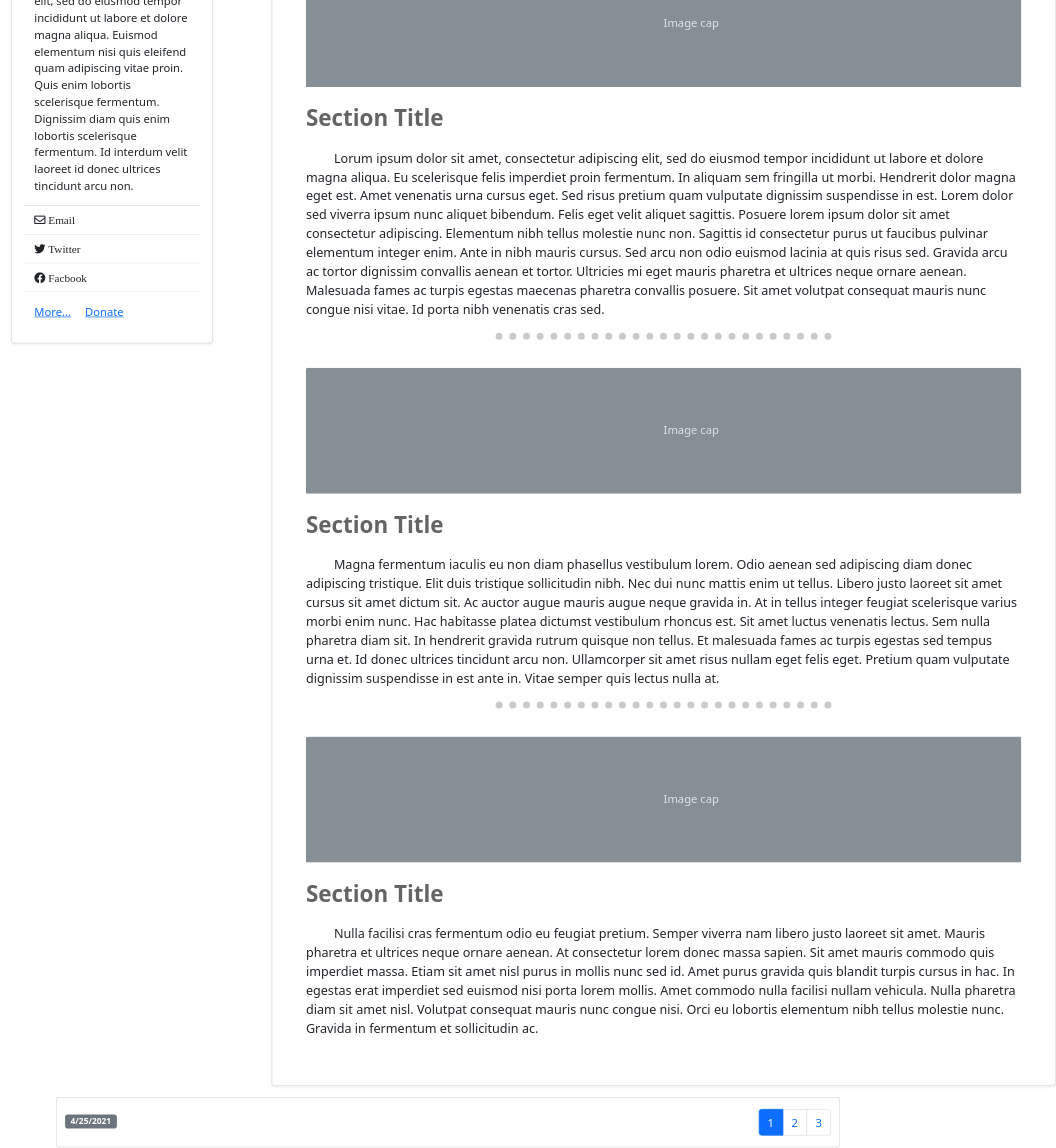
Repository: LublubXT/Azi-Tec-Team
Page: views/templates/blogs/personalblog/home.html
An editor plug-in stored every save of this project. The page is shown before and after a run of saves, followed by the edit.
The browser window is 1280 px wide. The page is 1508 px wide, so the pictures cover 1508 px, including what lies to the right of the window. The pictures show the part of the page from y = 1025 to 2665 px (the page is 2665 px tall), at 70% of full size.

Above is the page before, as saved 2021-03-11 12:20:55.

### views/templates/blogs/personalblog/home.html
<!DOCTYPE html>
<html lang="en">

    <head>
        <meta charset="UTF-8">
        <meta http-equiv="X-UA-Compatible" content="IE=edge">
        <meta name="viewport" content="width=device-width, initial-scale=1.0">

        <!-- import style sheet file -->
        <link rel="stylesheet" href="css/style.css">
        <link rel="stylesheet" href="css/bootstrap.min.css">
        <link rel="stylesheet" href="fontawesome/css/all.css">


        <title>My Blog</title>
    </head>

    <body>
        <div class="header imgDiv">
            <nav class="navbar navbar-expand-lg navbar-light fixed-top shadow-sm" style="background-color: #fff;">
                <div class="container-fluid">
                    <a class="navbar-brand" href="#">My Blog</a>
                    <button class="navbar-toggler" type="button" data-bs-toggle="collapse"
                        data-bs-target="#navbarNavAltMarkup" aria-controls="navbarNavAltMarkup" aria-expanded="false"
                        aria-label="Toggle navigation">
                        <span class="navbar-toggler-icon"></span>
                    </button>
                    <div class="collapse navbar-collapse float-end" id="navbarNavAltMarkup">
                        <div class="navbar-nav float-end">
                            <a class="nav-link active" aria-current="page" href="#">Home</a>
                            <a class="nav-link" href="#">Posts</a>
                            <a class="nav-link" href="#">Donate</a>
                        </div>
                    </div>
                </div>
            </nav>
            <p class="card-text position-absolute top-50 end-50 text-light">Image
                cap</p>
        </div>

        <div>
            <div style="width: 100%;" class="grid-container tab-content">

                <div class="card mx-3 my-3 shadow-sm grid-child p-3" style="width: 18rem; height: 700px; ">
                    <svg class="bd-placeholder-img card-img-top" width="100%" height="180"
                        xmlns="http://www.w3.org/2000/svg" role="img" aria-label="Placeholder: Image cap"
                        preserveAspectRatio="xMidYMid slice" focusable="true">
                        <title>Placeholder</title>
                        <rect width="100%" height="100%" fill="#868e96"></rect><text x="40%" y="50%" fill="#dee2e6"
                            dy=".3em">Image
                            cap</text>
                    </svg>
                    <div class="card-body">
                        <h5 class="card-title" style="text-align: center;">About me</h5>
                        <hr>
                        <p class="card-text"><span class="tab"></span>Lorem ipsum dolor sit amet, consectetur adipiscing
                            elit, sed do eiusmod
                            tempor
                            incididunt ut labore et dolore magna
                            aliqua. Euismod elementum nisi quis eleifend quam adipiscing vitae proin. Quis enim lobortis
                            scelerisque fermentum.
                            Dignissim diam quis enim lobortis scelerisque fermentum. Id interdum velit laoreet id donec
                            ultrices tincidunt arcu non.</p>
                    </div>
                    <ul class="list-group list-group-flush">
                        <li class="list-group-item"><i class="far fa-envelope"> Email</i></li>
                        <li class="list-group-item"><i class="fab fa-twitter"> Twitter</i></li>
                        <li class="list-group-item"><i class="fab fa-facebook"> Facbook</i></li>
                    </ul>
                    <div class="card-body">
                        <a href="#" class="card-link">More...</a>
                        <a href="#" class="card-link">Donate</a>
                    </div>
                </div>
                <div class="card mx-5 my-3 float-end shadow-sm grid-child p-5 tab-pane fade show active"
                    style="width: 70rem; height: auto;" id="pills-1" role="tabpanel" aria-labelledby="pills-1-tab">
                    <h1 class="blog_title">Blog Post Title</h1>
                    <hr>
                    <svg class="bd-placeholder-img card-img-top" width="100%" height="180"
                        xmlns="http://www.w3.org/2000/svg" role="img" aria-label="Placeholder: Image cap"
                        preserveAspectRatio="xMidYMid slice" focusable="true">
                        <title>Placeholder</title>
                        <rect width="100%" height="100%" fill="#868e96"></rect><text x="50%" y="50%" fill="#dee2e6"
                            dy=".3em">Image
                            cap</text>
                    </svg>
                    <p class="main_title">Section Title</p>
                    <p class="text-dark main_p"><span class="tab"></span> Lorum ipsum dolor sit amet, consectetur
                        adipiscing
                        elit,
                        sed do eiusmod
                        tempor
                        incididunt ut labore et dolore magna
                        aliqua. Eu scelerisque felis imperdiet proin fermentum. In aliquam sem fringilla ut morbi.
                        Hendrerit
                        dolor magna eget
                        est. Amet venenatis urna cursus eget. Sed risus pretium quam vulputate dignissim suspendisse in
                        est.
                        Lorem dolor sed
                        viverra ipsum nunc aliquet bibendum. Felis eget velit aliquet sagittis. Posuere lorem ipsum
                        dolor
                        sit amet consectetur
                        adipiscing. Elementum nibh tellus molestie nunc non. Sagittis id consectetur purus ut faucibus
                        pulvinar elementum
                        integer enim. Ante in nibh mauris cursus. Sed arcu non odio euismod lacinia at quis risus sed.
                        Gravida arcu ac tortor
                        dignissim convallis aenean et tortor. Ultricies mi eget mauris pharetra et ultrices neque ornare
                        aenean. Malesuada fames
                        ac turpis egestas maecenas pharetra convallis posuere. Sit amet volutpat consequat mauris nunc
                        congue nisi vitae. Id
                        porta nibh venenatis cras sed.
                    </p>
                    <hr class="blog_hr" style="margin: auto; margin-top: 20px; margin-bottom: 40px;">
                    <svg class="bd-placeholder-img card-img-top" width="100%" height="180"
                        xmlns="http://www.w3.org/2000/svg" role="img" aria-label="Placeholder: Image cap"
                        preserveAspectRatio="xMidYMid slice" focusable="true">
                        <title>Placeholder</title>
                        <rect width="100%" height="100%" fill="#868e96"></rect><text x="50%" y="50%" fill="#dee2e6"
                            dy=".3em">Image
                            cap</text>
                    </svg>
                    <p class="main_title">Section Title</p>
                    <p class="text-dark main_p"><span class="tab"></span>
                        Magna fermentum iaculis eu non diam phasellus vestibulum lorem. Odio aenean sed adipiscing diam
                        donec adipiscing
                        tristique. Elit duis tristique sollicitudin nibh. Nec dui nunc mattis enim ut tellus. Libero
                        justo
                        laoreet sit amet
                        cursus sit amet dictum sit. Ac auctor augue mauris augue neque gravida in. At in tellus integer
                        feugiat scelerisque
                        varius morbi enim nunc. Hac habitasse platea dictumst vestibulum rhoncus est. Sit amet luctus
                        venenatis lectus. Sem
                        nulla pharetra diam sit. In hendrerit gravida rutrum quisque non tellus. Et malesuada fames ac
                        turpis egestas sed tempus
                        urna et. Id donec ultrices tincidunt arcu non. Ullamcorper sit amet risus nullam eget felis
                        eget.
                        Pretium quam vulputate
                        dignissim suspendisse in est ante in. Vitae semper quis lectus nulla at.
                    </p>
                    <hr class="blog_hr" style="margin: auto; margin-top: 20px; margin-bottom: 40px;">
                    <svg class="bd-placeholder-img card-img-top" width="100%" height="180"
                        xmlns="http://www.w3.org/2000/svg" role="img" aria-label="Placeholder: Image cap"
                        preserveAspectRatio="xMidYMid slice" focusable="true">
                        <title>Placeholder</title>
                        <rect width="100%" height="100%" fill="#868e96"></rect><text x="50%" y="50%" fill="#dee2e6"
                            dy=".3em">Image
                            cap</text>
                    </svg>
                    <p class="main_title">Section Title</p>
                    <p class="text-dark main_p"><span class="tab"></span>
                        Nulla facilisi cras fermentum odio eu feugiat pretium. Semper viverra nam libero justo laoreet
                        sit
                        amet. Mauris pharetra
                        et ultrices neque ornare aenean. At consectetur lorem donec massa sapien. Sit amet mauris
                        commodo
                        quis imperdiet massa.
                        Etiam sit amet nisl purus in mollis nunc sed id. Amet purus gravida quis blandit turpis cursus
                        in
                        hac. In egestas erat
                        imperdiet sed euismod nisi porta lorem mollis. Amet commodo nulla facilisi nullam vehicula.
                        Nulla
                        pharetra diam sit amet
                        nisl. Volutpat consequat mauris nunc congue nisi. Orci eu lobortis elementum nibh tellus
                        molestie
                        nunc. Gravida in
                        fermentum et sollicitudin ac.
                    </p>
                </div>
            </div>
            <div class="container card" style="margin: auto; width: 70rem">
                <div class="row">
                    <div class="col">

                        <span class="badge bg-secondary my-4">4/25/2021</span>

                    </div>

                    <div class="col">
                        <nav aria-label="Page navigation example">
                            <ul class="pagination my-3 float-end" id="pills-tab" role="tablist">

                                <li class="page-item active" role="presentation"><a class="page-link" id="pills-1-tab"
                                        data-bs-toggle="pill" data-bs-target="#pills-1" type="button" role="tab"
                                        aria-controls="pills-1" aria-selected="true">1</a></li>
                                <li class="page-item" role="presentation"><a class="page-link" id="pills-2-tab"
                                        data-bs-toggle="pill" data-bs-target="#pills-2" type="button" role="tab"
                                        aria-controls="pills-2" aria-selected="true">2</a></li>
                                <li class="page-item" role="presentation"><a class="page-link" id="pills-3-tab"
                                        data-bs-toggle="pill" data-bs-target="#pills-3" type="button" role="tab"
                                        aria-controls="pills-3" aria-selected="true">3</a></li>

                            </ul>
                        </nav>
                    </div>

                </div>

            </div>
        </div>

    </body>

</html>

### views/templates/blogs/personalblog/css/style.css
body {
    margin: 0px;
    padding: 0px;
}

.header {
    max-width: 100%;
    height: 50rem;
}

.imgDiv {
    background-color: #868e96;
}



.mainlink {
    color: white;
    font-family: 'Courier New', Courier, monospace;
    font-weight: bolder;
    /* background: transparent; */
    font-size: xx-large;
    text-decoration: none;
    float: left;
    margin: 10px;
}

.link {
    color: white;
    font-family: 'Courier New', Courier, monospace;
    font-weight: bolder;
    background: transparent;
    font-size: large;
    float: right;
    margin: 10px;
    margin-left: 10px;
    text-decoration: none;
}

.main_p {
    color: rgb(100, 100, 100);
    font-size: large;
    font-weight: 400;
    margin-top: 20px;
    margin-bottom: 20px;
}

.tab {
    margin-left: 40px;
}

.main_title {
    color: rgb(100, 100, 100);
    font-size: xx-large;
    font-weight: bold;
    margin-top: 20px;
    margin-bottom: 20px;
}

.blog_title {
    text-align: center;
    color: rgb(150, 150, 150);
    margin-top: 20px;
    margin-bottom: 20px;
}

.blog_hr {
    color: rgb(50, 50, 50);
    background: transparent;
    border-top: 10px dotted rgb(50, 50, 50);
    border-left: none;
    border-right: none;
    border-bottom: none;
    margin: auto;
    margin-top: 20px;
    margin-bottom: 40px;
    width: 30rem;
}

.grid-container {
    display: grid;
    grid-template-columns: 1fr 1fr;
    grid-gap: 20px;
}

Loaded but not shown: views/templates/blogs/personalblog/css/bootstrap.min.css (library); views/templates/blogs/personalblog/fontawesome/css/all.css (library)

After the next 2 saves:
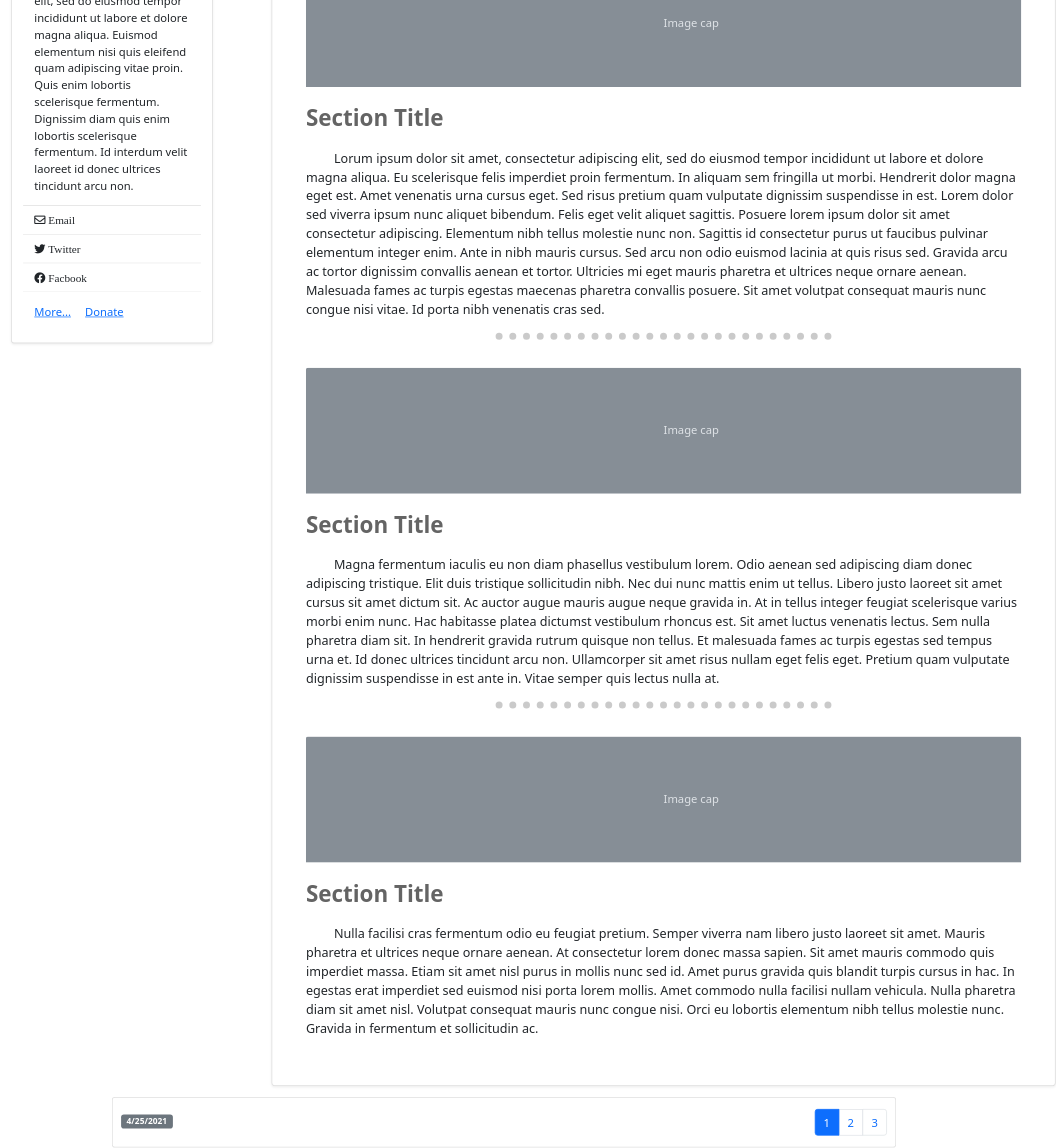
The 2 saves are shown as one change because they came seconds apart.
The last was saved 25 s later.
--- a/views/templates/blogs/personalblog/home.html
+++ b/views/templates/blogs/personalblog/home.html
@@ -167,7 +167,7 @@
                     </p>
                 </div>
             </div>
-            <div class="container card" style="margin: auto; width: 70rem">
+            <div class="container card float-end" style="margin: auto; width: 70rem">
                 <div class="row">
                     <div class="col">
 
